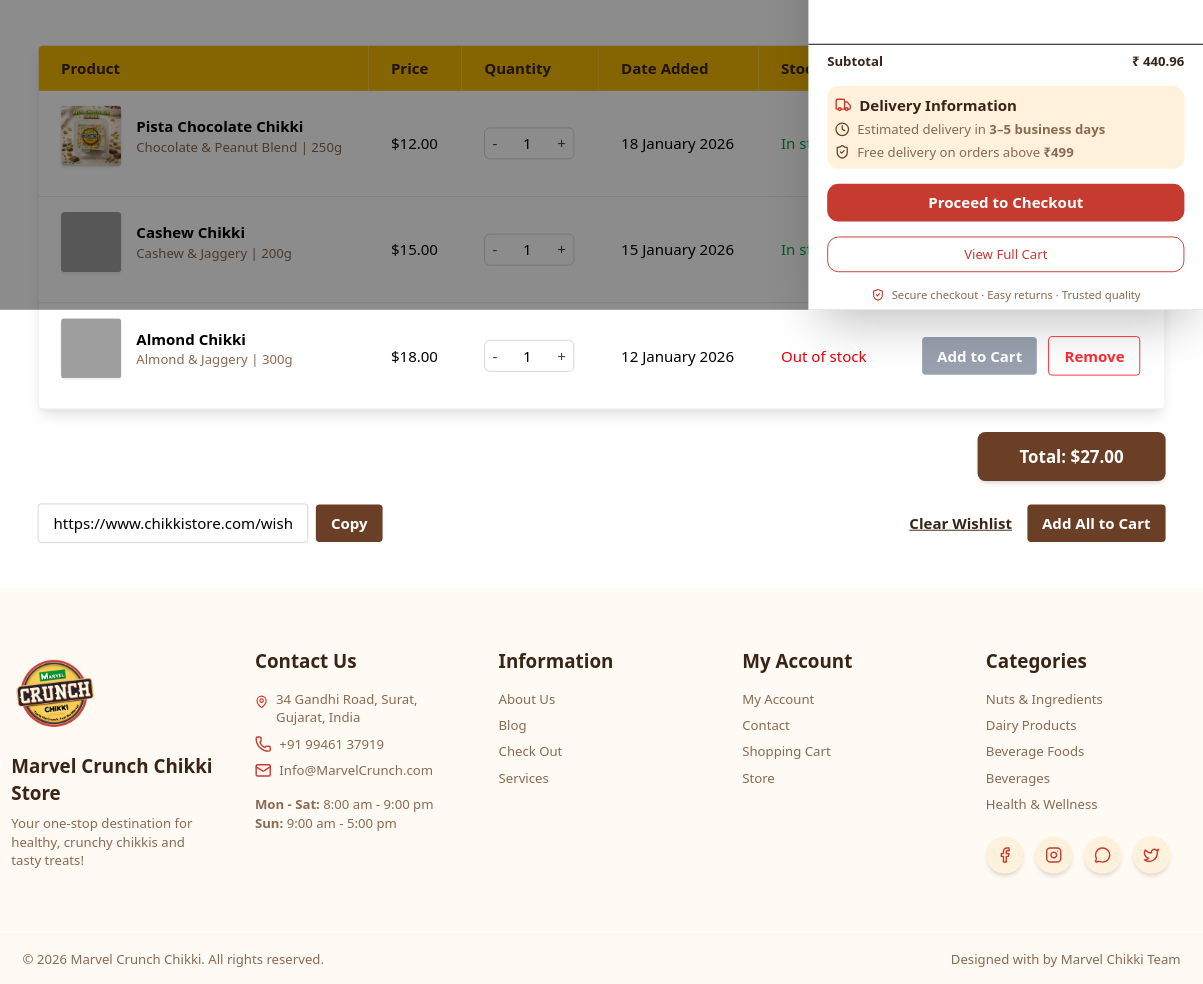
Repository: sita7411/sweet-website-frontend
Page: /wishlist (app in customer-website/), after clicking the first element matching `div.ml-8 > :nth-child(3)`
The author's editor kept a copy of each file at every save. The page is drawn from the files as they stood at one save, then again after a run of saves.
The browser window is 1280 px wide. The pictures show the part of the page from y = 390 to 1437 px (the page is 1437 px tall), at 94% of full size.
Pictures or frames that could not be fetched are drawn as grey boxes. The project was rebuilt for these pictures with package versions that can differ from the ones it lists, and the page was loaded fresh each time. Also part of the build but not shown: customer-website/vite.config.js, customer-website/src/components/Herosection/Herosection.jsx, customer-website/src/components/FeaturesSection/FeaturesSection.jsx, customer-website/src/components/PopularItems/PopularItems.jsx, customer-website/src/components/AboutUs/AboutUs.jsx, customer-website/src/components/BestsellerSection/BestsellerSection.jsx, customer-website/src/components/OfferSection/OfferSection.jsx, customer-website/src/components/TestimonialsSection/TestimonialsSection.jsx and 5 more.

Above is the page before, as saved 2026-01-02 09:17:19.

After the next 2 saves:
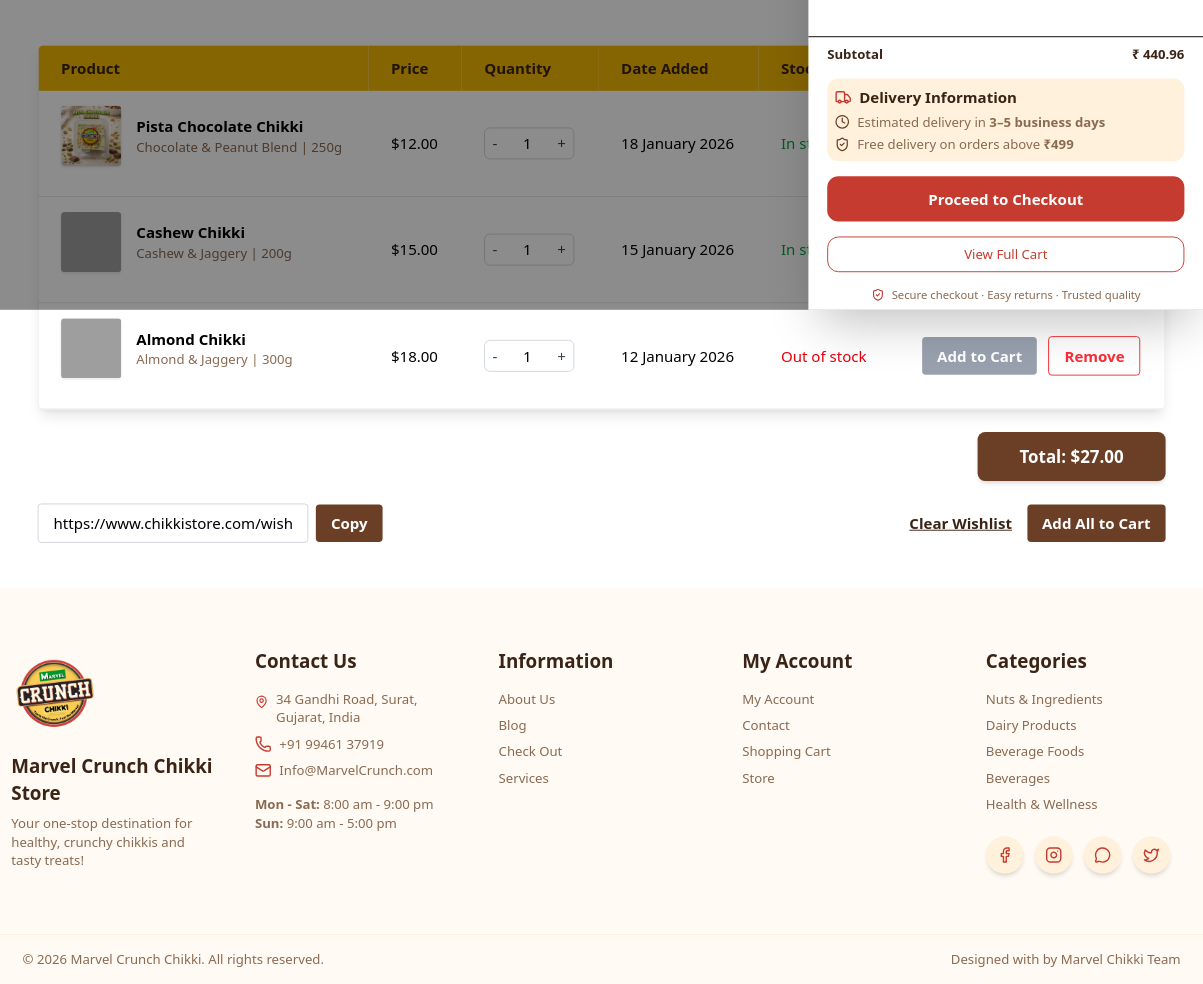
The 2 saves are shown as one change because they came seconds apart.
The last was saved 15 s later.
--- a/customer-website/src/components/Navbar/Navbar.jsx
+++ b/customer-website/src/components/Navbar/Navbar.jsx
@@ -360,7 +360,7 @@
 
 
                 {/* Checkout */}
-                <button className="w-full bg-[var(--primary)] text-white py-2 rounded-xl
+                <button className="w-full bg-[var(--primary)] text-white py-3 rounded-xl
           font-semibold hover:opacity-90 transition">
                   Proceed to Checkout
                 </button>
